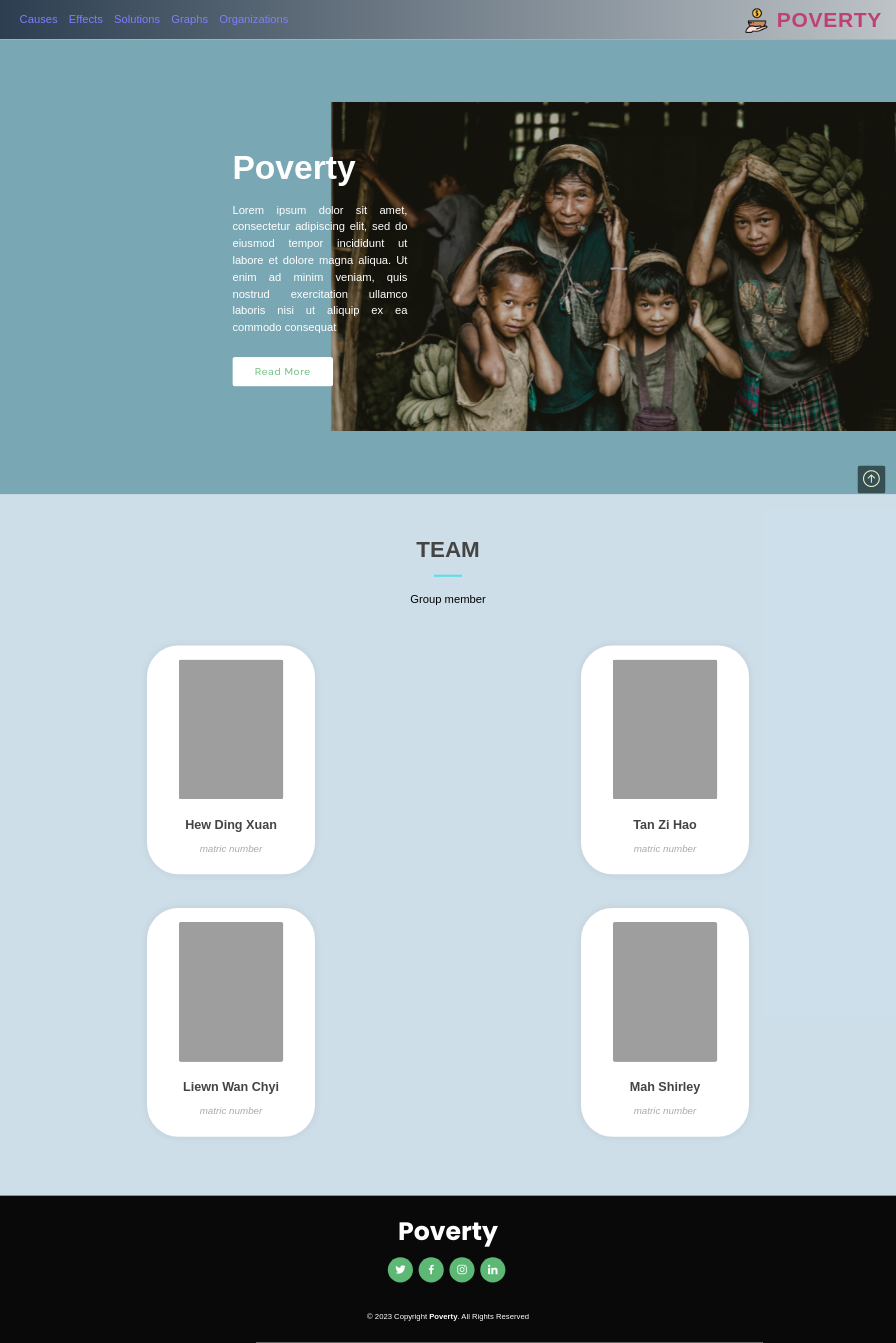
Repository: oscarhew/OSP_WIE2002
Page: index.html
An editor plug-in stored every save of this project. The page is shown before and after the next save, followed by the edit.
The browser window is 1280 px wide. The pictures show the whole page, at 70% of full size.
Pictures or frames that could not be fetched are drawn as grey boxes.

Above is the page before, as saved 2023-04-02 15:03:22.

### index.html
<!DOCTYPE html>
<html lang="en">
<head>
    <meta charset="UTF-8">
    <meta http-equiv="X-UA-Compatible" content="IE=edge">
    <meta name="viewport" content="width=device-width, initial-scale=1.0">
    <title>Poverty</title>

    <!-- Favicon -->
    <link href="assets/img/logo.png" rel="icon">

    <!-- Google Fonts -->
    <link
      href="https://fonts.googleapis.com/css?family=Open+Sans:300,300i,400,400i,600,600i,700,700i|Raleway:300,300i,400,400i,500,500i,600,600i,700,700i|Poppins:300,300i,400,400i,500,500i,600,600i,700,700i"
      rel="stylesheet">

    <!-- Animate.css -->
    <link href="https://cdnjs.cloudflare.com/ajax/libs/animate.css/4.1.1/animate.min.css" rel="stylesheet" />

    <!-- Bootstrap 5 -->
    <link href="https://cdn.jsdelivr.net/npm/bootstrap@5.0.2/dist/css/bootstrap.min.css" rel="stylesheet"
        integrity="sha384-EVSTQN3/azprG1Anm3QDgpJLIm9Nao0Yz1ztcQTwFspd3yD65VohhpuuCOmLASjC" crossorigin="anonymous">
    <link rel="stylesheet" href="https://cdn.jsdelivr.net/npm/bootstrap-icons@1.8.1/font/bootstrap-icons.css">

    <!-- Boxicons -->
    <link href='https://unpkg.com/boxicons@2.1.2/css/boxicons.min.css' rel='stylesheet'>

    <!-- Template Main CSS File -->
    <link href="assets/css/main.css" rel="stylesheet">
</head>

<body class="d-flex flex-column min-vh-100">
  <!-- ======= Header ======= -->
  <nav id="header" class="navbar sticky-top navbar-expand-lg navbar-dark gradient-custom bg-dark p-2">
    <div class="container-fluid">

      <div class="collapse navbar-collapse justify-content-start" id="navbarNavAltMarkup">
        <ul class="navbar-nav">
          <li class="nav-item"><a class="nav-link" href="causes.html">Causes</a></li>
          <li class="nav-item"><a class="nav-link" href="effects.html">Effects</a></li>
          <li class="nav-item"><a class="nav-link" href="solutions.html">Solutions</a></li>
          <li class="nav-item"><a class="nav-link" href="graphs.html">Graphs</a></li>
          <li class="nav-item"><a class="nav-link" href="organizations.html">Organizations</a></li>
        </ul>
      </div>
      <a class="px-1" href="index.html">
        <img src="assets/img/logo.png" alt="" width="35" height="35" class="d-inline-block align-text-top">
        <h1 class="logo"><a href="index.html">POVERTY</a></h1>
      </a>

      <button class="navbar-toggler" type="button" data-bs-toggle="collapse" data-bs-target="#navbarNavAltMarkup"
        aria-controls="navbarNavAltMarkup" aria-expanded="false" aria-label="Toggle navigation">
        <span class="navbar-toggler-icon"></span>
      </button>
    </div>
  </nav>
  <!-- End Header -->

  <div class="flex-grow-1">
    <!-- ======= Hero Section ======= -->
    <section id="hero">
      <div id="heroCarousel" data-bs-interval="5000" class="carousel slide carousel-fade" data-bs-ride="carousel">

        <ol class="carousel-indicators" id="hero-carousel-indicators"></ol>

        <div class="carousel-inner" role="listbox">

          <!-- Slide 1 -->
          <div class="carousel-item active" style="background-image: url(assets/img/slide/index_background.jpg)">
            <div class="carousel-container">
              <div class="container">
                <h2 class="animate__animated animate__fadeInDown">Poverty</h2>
                <p class="animate__animated animate__fadeInUp">

                  Lorem ipsum dolor sit amet, consectetur adipiscing elit,
                  sed do eiusmod tempor incididunt ut labore et dolore magna aliqua. Ut enim ad minim veniam, quis nostrud exercitation ullamco laboris nisi ut aliquip ex ea commodo consequat</p>

                  <a href="definition.html" class="btn-get-started animate__animated animate__fadeInUp scrollto">Read More</a>
              </div>
            </div>
          </div>

        </div>
      </div>
    </section><!-- End Hero -->

    <!-- ======= Team Section ======= -->
    <section class="team section-bg">
      <div class="container-fluid">
        <div class="section-title">
          <h2>Team</h2>
          <p >Group member</p>
        </div>
        <div class="row mx-2">
          <div class="col-lg-6 col-sm-6">
            <div class="member mx-auto my-4">
              <img src="assets/img/team/dingXuan.jpeg" class="rounded" alt="...">
              <div class="card-body">
                <h4 class="card-title">Hew Ding Xuan</h4>
                <p class="card-text">matric number</p>
              </div>
            </div>
          </div>
          <div class="col-lg-6 col-sm-6">
            <div class="member mx-auto my-4">
              <img src="assets/img/team/ziHao.jpeg" class="rounded" alt="...">
              <div class="card-body">
                <h4 class="card-title">Tan Zi Hao</h4>
                <p class="card-text">matric number</p>
              </div>
            </div>
          </div>
          <div class="col-lg-6 col-sm-6">
            <div class="member mx-auto my-4">
              <img src="assets/img/team/wanChyi.jpeg" class="rounded" alt="...">
              <div class="card-body">
                <h4 class="card-title">Liewn Wan Chyi</h4>
                <p class="card-text">matric number</p>
              </div>
            </div>
          </div>
          <div class="col-lg-6 col-sm-6">
            <div class="member mx-auto my-4">
              <img src="assets/img/team/shirley.jpeg" class="rounded" alt="...">
              <div class="card-body">
                <h4 class="card-title">Mah Shirley</h4>
                <p class="card-text">matric number</p>
              </div>
            </div>
          </div>

        </div>
      </div>
    </section>
    <!-- End Team Section -->

  </div>

  <!-- ======= Footer ======= -->
  <footer id="footer" class="mt-auto">
    <div class="container">
      <h3>Poverty</h3>
      <div class="social-links">
        <a href="#" class="twitter"><i class="bx bxl-twitter"></i></a>
        <a href="#" class="facebook"><i class="bx bxl-facebook"></i></a>
        <a href="#" class="instagram"><i class="bx bxl-instagram"></i></a>
        <a href="#" class="linkedin"><i class="bx bxl-linkedin"></i></a>
      </div>
      <div class="copyright">
        &copy; 2023 Copyright <strong><span>Poverty</span></strong>. All Rights Reserved
      </div>
    </div>
  </footer>
  <!-- End Footer -->

  <!-- Back to Top -->
  <a href="#" class="back-to-top d-flex align-items-center justify-content-center">
    <span><i class="bi bi-arrow-up-circle"></i></span>
  </a>

  <script src="https://cdn.jsdelivr.net/npm/bootstrap@5.0.2/dist/js/bootstrap.bundle.min.js"
    integrity="sha384-MrcW6ZMFYlzcLA8Nl+NtUVF0sA7MsXsP1UyJoMp4YLEuNSfAP+JcXn/tWtIaxVXM"
    crossorigin="anonymous"></script>

</body>
</html>

### assets/css/main.css
/*--------------------------------------------------------------
# General
--------------------------------------------------------------*/

body {
    overflow-x: hidden;
    font-family: "Comic Sans MS", sans-serif;
    color: #444444;
  }

  a {
    text-decoration: none;
    color: #be4074;
  }

  a:hover {
    color: #4b083d;
    text-decoration: none;
  }

  h1, h2, h3, h4, h5, h6 {
    font-family: "Bahnschrift", sans-serif;
  }

  /*--------------------------------------------------------------
  # Header
  --------------------------------------------------------------*/
  #header {
    transition: all 0.5s;
  }
  #header.header-scrolled {
    box-shadow: 0px 2px 15px rgba(0, 0, 0, 0.1);
  }
  #header .logo {
    font-size: 30px;
    margin: 0;
    padding: 0;
    line-height: 1;
    font-weight: 700;
    letter-spacing: 1px;
    text-transform: uppercase;
    color: #081d0d;
  }

  /*--------------------------------------------------------------
  # Navigation Menu
  --------------------------------------------------------------*/
  /**
  * Desktop Navigation
  */
  .gradient-custom {
    background: #c471f5;

    background: linear-gradient(to right, #2c3e50, #bdc3c7)
  }

  .navbar-dark .navbar-nav .nav-link {
    color: #7F7EFF;
  }

  .navbar-nav .nav-item{
    color: #5cb874 !important;
  }
  .navbar-nav .nav-item .nav-link:hover {
    color: #ff0000;
  }

  .navbar-nav .nav-item .active {
    color: #a1164b !important;
  }

  .navbar-nav .nav-item .getstarted, .navbar-nav .nav-item .getstarted:focus{
    color: #5cb874;
    padding: 8px 25px;
    margin-left: 30px;
    margin-right: 30px;
    border-radius: 4px;
    border: 2px solid #5cb874;
    transition: 0.3s;
    font-size: 14px;
  }
  .navbar-nav .nav-item .getstarted:hover, .navbar-nav .nav-item .getstarted:focus:hover {
    background: #5cb874;
    color: #3c2121;
  }

  /*--------------------------------------------------------------
# Back to top button
--------------------------------------------------------------*/
.back-to-top {
  position: fixed;
  right: 15px;
  bottom: 15px;
  z-index: 996;
  background: #354f52;
  width: 40px;
  height: 40px;
  border-radius: 4px;
  transition: all 0.4s;
  }

  .back-to-top .bi {
  font-size: 24px;
  color: #e8efcd;
  line-height: 0;
  }

  .back-to-top:hover {
  background: #e8efcd;
  color: #354f52;
  }

  .back-to-top .bi:hover{
  color: #354f35;
  }

  /*--------------------------------------------------------------
  # Hero Section
  --------------------------------------------------------------*/
  #hero {
    width: 100%;
    height: calc(100vh - 70px);
    background-color: rgba(88, 146, 162, 0.8);
    overflow: hidden;
    position: relative;
  }
  #hero .carousel, #hero .carousel-inner, #hero .carousel-item, #hero .carousel-item::before {
    background-size: contain;
    background-position: right top;
    background-repeat: no-repeat;
    position: absolute;
    top: 30px;
    right: 0;
    left: 100px;
    bottom: 30px;
  }
  #hero .carousel-item::before {
    content: "";

  }
  #hero .carousel-container {
    display: flex;
    justify-content: center;
    align-items: center;
    position: absolute;
    bottom: 0;
    top: 0;
    left: 20px;
    right: 50px;
  }
  #hero .container {
    text-align: left;
  }
  #hero h2 {
    color: #fff;
    margin-bottom: 20px;
    font-size: 48px;
    font-weight: 700;
  }
  #hero p {
    -webkit-animation-delay: 0.4s;
    animation-delay: 0.4s;
    margin: 0 auto 30px 0;
    color: #fff;
    inline-size: 250px;
    text-align: justify;
  }
  #hero .carousel-inner .carousel-item {
    transition-property: opacity;
    background-position: center top;
  }
  #hero .carousel-inner .carousel-item,
  #hero .carousel-inner .active.carousel-item-start,
  #hero .carousel-inner .active.carousel-item-end {
    opacity: 0;
  }
  #hero .carousel-inner .active,
  #hero .carousel-inner .carousel-item-next.carousel-item-start,
  #hero .carousel-inner .carousel-item-prev.carousel-item-end {
    opacity: 1;
    transition: 0.5s;
  }
  #hero .carousel-control-next-icon, #hero .carousel-control-prev-icon {
    background: none;
    font-size: 30px;
    line-height: 0;
    width: auto;
    height: auto;
    background: rgba(255, 255, 255, 0.2);
    border-radius: 50px;
    transition: 0.3s;
    color: rgba(255, 255, 255, 0.5);
    width: 54px;
    height: 54px;
    display: flex;
    align-items: center;
    justify-content: center;
  }
  #hero .carousel-control-next-icon:hover, #hero .carousel-control-prev-icon:hover {
    background: rgba(255, 255, 255, 0.3);
    color: rgba(255, 255, 255, 0.8);
  }
  #hero .carousel-indicators li {
    cursor: pointer;
    background: #fff;
    overflow: hidden;
    border: 0;
    width: 12px;
    height: 12px;
    border-radius: 50px;
    opacity: 0.6;
    transition: 0.3s;
  }
  #hero .carousel-indicators li.active {
    opacity: 1;
    background: #5cb874;
  }
  #hero .btn-get-started {
    font-family: "Raleway", sans-serif;
    font-weight: 500;
    font-size: 14px;
    letter-spacing: 1px;
    display: inline-block;
    padding: 14px 32px;
    border-radius: 4px;
    transition: 0.5s;
    line-height: 1;
    color: #6ec083;
    -webkit-animation-delay: 0.8s;
    animation-delay: 0.8s;
    background: #ffffff;
  }
  #hero .btn-get-started:hover {
    background: #ffffff;
  }
  @media (max-width: 992px) {
    #hero {
      height: 100vh;
    }
    #hero .carousel-container {
      top: 66px;
    }
  }
  @media (max-width: 768px) {
    #hero h2 {
      font-size: 28px;
    }
  }
  @media (min-width: 1024px) {
    #hero .carousel-control-prev, #hero .carousel-control-next {
      width: 5%;
    }
  }
  @media (max-height: 500px) {
    #hero {
      height: 120vh;
    }
  }


  /*--------------------------------------------------------------
  # Why Us
  --------------------------------------------------------------*/
  .why-us {
    padding: 0;
  }
  .why-us .row {
    overflow: hidden;
  }
  .why-us .content-item {
    padding: 40px;
    border-left: 1px solid #eee;
    border-bottom: 1px solid #eee;
    margin: -1px;
  }
  .why-us .content-item span {
    display: block;
    font-size: 24px;
    font-weight: 400;
    color: #6ec083;
  }
  .why-us .content-item h4 {
    font-size: 26px;
    font-weight: 300;
    padding: 0;
    margin: 20px 0;
  }
  .why-us .content-item p {
    color: #aaaaaa;
    font-size: 15px;
    margin: 0;
    padding: 0;
  }
  @media (max-width: 768px) {
    .why-us .content-item {
      padding: 40px 0;
    }
  }

  /*--------------------------------------------------------------
  # About Us
  --------------------------------------------------------------*/
  .about .content h3 {
    font-weight: 700;
    font-size: 28px;
  }
  .about .content ul {
    list-style: none;
    padding: 0;
  }
  .about .content ul li {
    padding-bottom: 10px;
  }
  .about .content ul i {
    font-size: 20px;
    padding-right: 4px;
    color: #5cb874;
  }
  .about .content p:last-child {
    margin-bottom: 0;
  }

  /*--------------------------------------------------------------
  # Portfolio
  --------------------------------------------------------------*/
  .portfolio{
    margin-bottom: 80px;
  }
  .portfolio .portfolio-item {
    margin-bottom: 30px;
  }
  .portfolio #portfolio-flters {
    padding: 0;
    margin: 0 auto 20px auto;
    list-style: none;
    text-align: center;
  }
  .portfolio #portfolio-flters li {
    cursor: pointer;
    display: inline-block;
    padding: 8px 15px 10px 15px;
    font-size: 14px;
    font-weight: 600;
    line-height: 1;
    text-transform: uppercase;
    color: #444444;
    margin-bottom: 5px;
    transition: all 0.3s ease-in-out;
    border-radius: 3px;
  }
  .portfolio #portfolio-flters li:hover, .portfolio #portfolio-flters li.filter-active {
    color: #fff;
    background: #5cb874;
  }
  .portfolio #portfolio-flters li:last-child {
    margin-right: 0;
  }
  .portfolio .portfolio-wrap {
    transition: 0.3s;
    position: relative;
    overflow: hidden;
    z-index: 1;
    background: rgba(34, 34, 34, 0.6);
  }
  .portfolio .portfolio-wrap::before {
    content: "";
    background: rgba(34, 34, 34, 0.6);
    position: absolute;
    left: 0;
    right: 0;
    top: 0;
    bottom: 0;
    transition: all ease-in-out 0.3s;
    z-index: 2;
    opacity: 0;
  }
  .portfolio .portfolio-wrap img {
    transition: all ease-in-out 0.3s;
  }
  .portfolio .portfolio-wrap .portfolio-info {
    opacity: 0;
    position: absolute;
    top: 0;
    left: 0;
    right: 0;
    bottom: 0;
    z-index: 3;
    transition: all ease-in-out 0.3s;
    display: flex;
    flex-direction: column;
    justify-content: flex-end;
    align-items: flex-start;
    padding: 20px;
  }
  .portfolio .portfolio-wrap .portfolio-info h4 {
    font-size: 20px;
    color: #fff;
    font-weight: 600;
  }
  .portfolio .portfolio-wrap .portfolio-info p {
    color: rgba(255, 255, 255, 0.7);
    font-size: 14px;
    text-transform: uppercase;
    padding: 0;
    margin: 0;
    font-style: italic;
  }
  .portfolio .portfolio-wrap .portfolio-links {
    text-align: center;
    z-index: 4;
  }
  .portfolio .portfolio-wrap .portfolio-links a {
    color: #fff;
    margin: 0 5px 0 0;
    font-size: 28px;
    display: inline-block;
    transition: 0.3s;
  }
  .portfolio .portfolio-wrap .portfolio-links a:hover {
    color: #6ec083;
  }
  .portfolio .portfolio-wrap:hover::before {
    opacity: 1;
  }
  .portfolio .portfolio-wrap:hover img {
    transform: scale(1.2);
  }
  .portfolio .portfolio-wrap:hover .portfolio-info {
    opacity: 1;
  }

  /*--------------------------------------------------------------
  # Portfolio Details
  --------------------------------------------------------------*/
  .portfolio-details {
    padding-top: 40px;
  }
  .portfolio-details .portfolio-details-slider img {
    width: 100%;
  }
  .portfolio-details .portfolio-details-slider .swiper-pagination {
    margin-top: 20px;
    position: relative;
  }
  .portfolio-details .portfolio-details-slider .swiper-pagination .swiper-pagination-bullet {
    width: 12px;
    height: 12px;
    background-color: #fff;
    opacity: 1;
    border: 1px solid #5cb874;
  }
  .portfolio-details .portfolio-details-slider .swiper-pagination .swiper-pagination-bullet-active {
    background-color: #5cb874;
  }
  .portfolio-details .portfolio-info {
    padding: 30px;
    box-shadow: 0px 0 30px rgba(34, 34, 34, 0.08);
  }
  .portfolio-details .portfolio-info h3 {
    font-size: 22px;
    font-weight: 700;
    margin-bottom: 20px;
    padding-bottom: 20px;
    border-bottom: 1px solid #eee;
  }
  .portfolio-details .portfolio-info ul {
    list-style: none;
    padding: 0;
    font-size: 15px;
  }
  .portfolio-details .portfolio-info ul li + li {
    margin-top: 10px;
  }
  .portfolio-details .portfolio-description {
    padding-top: 30px;
  }
  .portfolio-details .portfolio-description h2 {
    font-size: 26px;
    font-weight: 700;
    margin-bottom: 20px;
  }
  .portfolio-details .portfolio-description p {
    padding: 0;
  }


  /*--------------------------------------------------------------
  # Sections General
  --------------------------------------------------------------*/
  section {
    padding: 60px 0;
  }

  .section-bg {
    background-color: #c9dce8ec;
  }

  .section-title {
    text-align: center;
    padding-bottom: 30px;
  }

  .section-title .image-center{
    display: block;
    margin-left: auto;
    margin-right: auto;
  }

  .section-title h2 {
    font-size: 32px;
    font-weight: bold;
    text-transform: uppercase;
    margin-bottom: 20px;
    padding-bottom: 20px;
    position: relative;
  }
  .section-title h2::before {
    content: "";
    position: absolute;
    display: block;
    width: 120px;
    height: 1px;
    background: #ddd;
    bottom: 1px;
    left: calc(50% - 60px);
    font-size: 20px;
  }
  .section-title h2::after {
    content: "";
    position: absolute;
    display: block;
    width: 40px;
    height: 3px;
    background: #56e1e6;
    bottom: 0;
    left: calc(50% - 20px);
  }
  .section-title p {
    margin-bottom: 0;
    font-size: 16px;
    color: #000000;
  }

  .section-title .italic {
    font-size: 10px;
  }

  /*--------------------------------------------------------------
  # Team
  --------------------------------------------------------------*/

  .team .member {
    text-align: center;
    margin-bottom: 30px;
    box-shadow: 0px 0px 12px 0px rgba(34, 34, 34, 0.07);
    padding: 10px 20px;
    width: 15rem;
    background: #fff;
    border-radius: 45px;
  }
  .team .member img {
    width: 150px;
    height: 200px;
    margin: 10px 0 10px 0;
  }
  .team .member h4 {
    font-weight: 700;
    margin-bottom: 2px;
    font-size: 18px;
  }
  .team .member p {
    padding-top: 10px;
    font-size: 14px;
    font-style: italic;
    color: #aaaaaa;
  }

  /*--------------------------------------------------------------
  # Footer
  --------------------------------------------------------------*/
  #footer {
    background: #090909;
    color: #fff;
    font-size: 14px;
    text-align: center;
    padding: 30px 0;
  }
  #footer h3 {
    font-size: 36px;
    font-weight: 700;
    color: #fff;
    position: relative;
    font-family: "Poppins", sans-serif;
    padding: 0;
    margin: 0 0 15px 0;
  }
  #footer p {
    font-size: 15;
    font-style: italic;
    padding: 0;
    margin: 0 0 40px 0;
  }
  #footer .social-links {
    margin: 0 0 40px 0;
  }
  #footer .social-links a {
    font-size: 18px;
    display: inline-block;
    background: #5cb874;
    color: #fff;
    line-height: 1;
    padding: 8px 0;
    margin-right: 4px;
    border-radius: 50%;
    text-align: center;
    width: 36px;
    height: 36px;
    transition: 0.3s;
  }
  #footer .social-links a:hover {
    background: #449d5b;
    color: #fff;
    text-decoration: none;
  }
  #footer .copyright {
    margin: 0;
    font-size: 11px;
    vertical-align: baseline;
  }

After the next save:
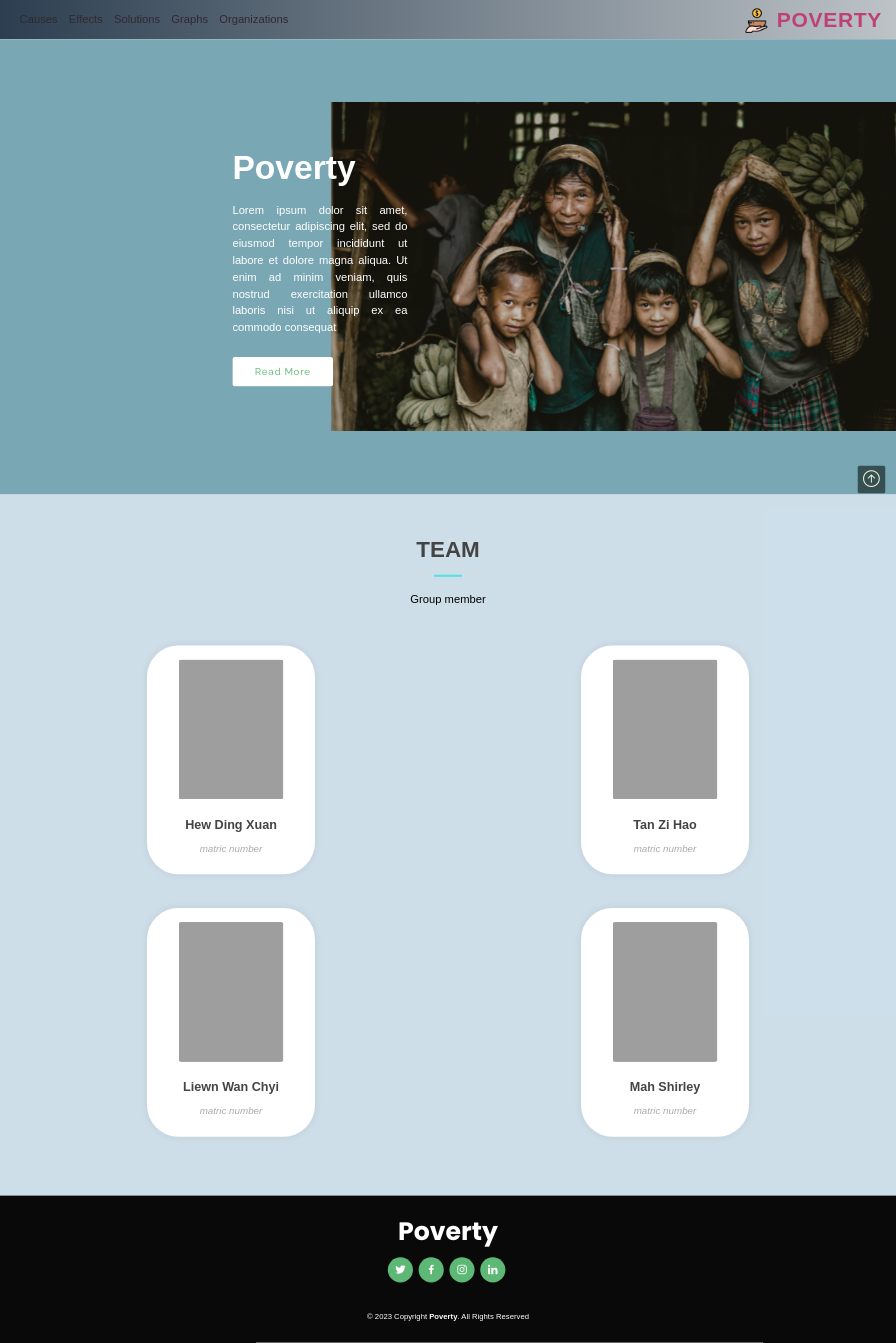
Saved 14 s later.
--- a/assets/css/main.css
+++ b/assets/css/main.css
@@ -55,7 +55,7 @@ body {
   }
 
   .navbar-dark .navbar-nav .nav-link {
-    color: #7F7EFF;
+    color: #32292F;
   }
 
   .navbar-nav .nav-item{
